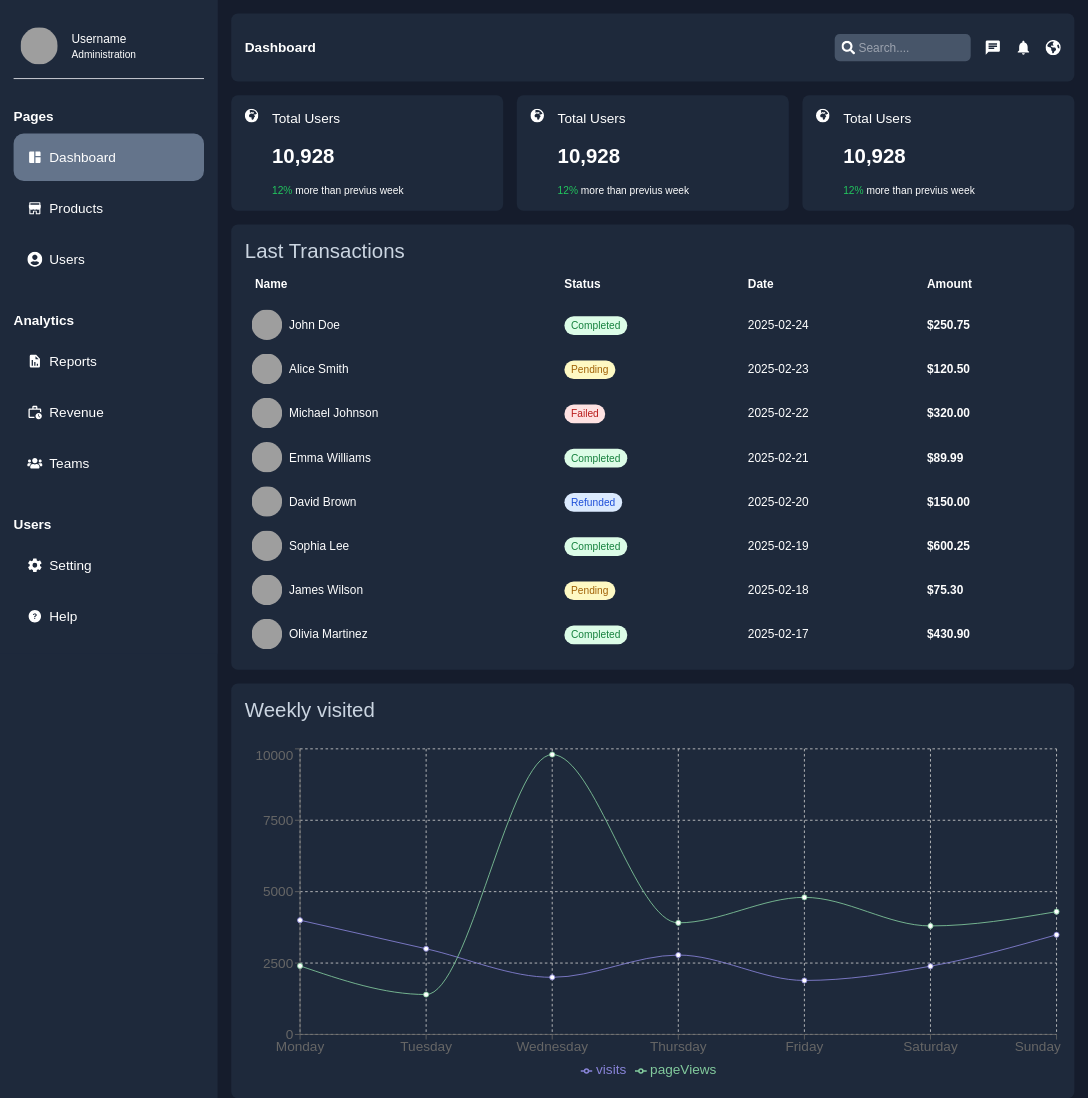
Repository: Than-sothearak/next-computer-admin
Page: /dashboard
An editor plug-in stored every save of this project. The page is shown before and after the next save, followed by the edit.
The browser window is 1280 px wide. The pictures show the whole page, at 85% of full size.
Pictures or frames that could not be fetched are drawn as grey boxes. The project was rebuilt for these pictures with package versions that can differ from the ones it lists, and the page was loaded fresh each time. The framework's server and built-in components were replaced by stand-ins that run in the browser. Also part of the build but not shown: next.config.mjs.

Above is the page before, as saved 2025-02-24 23:20:58.

After the next save:
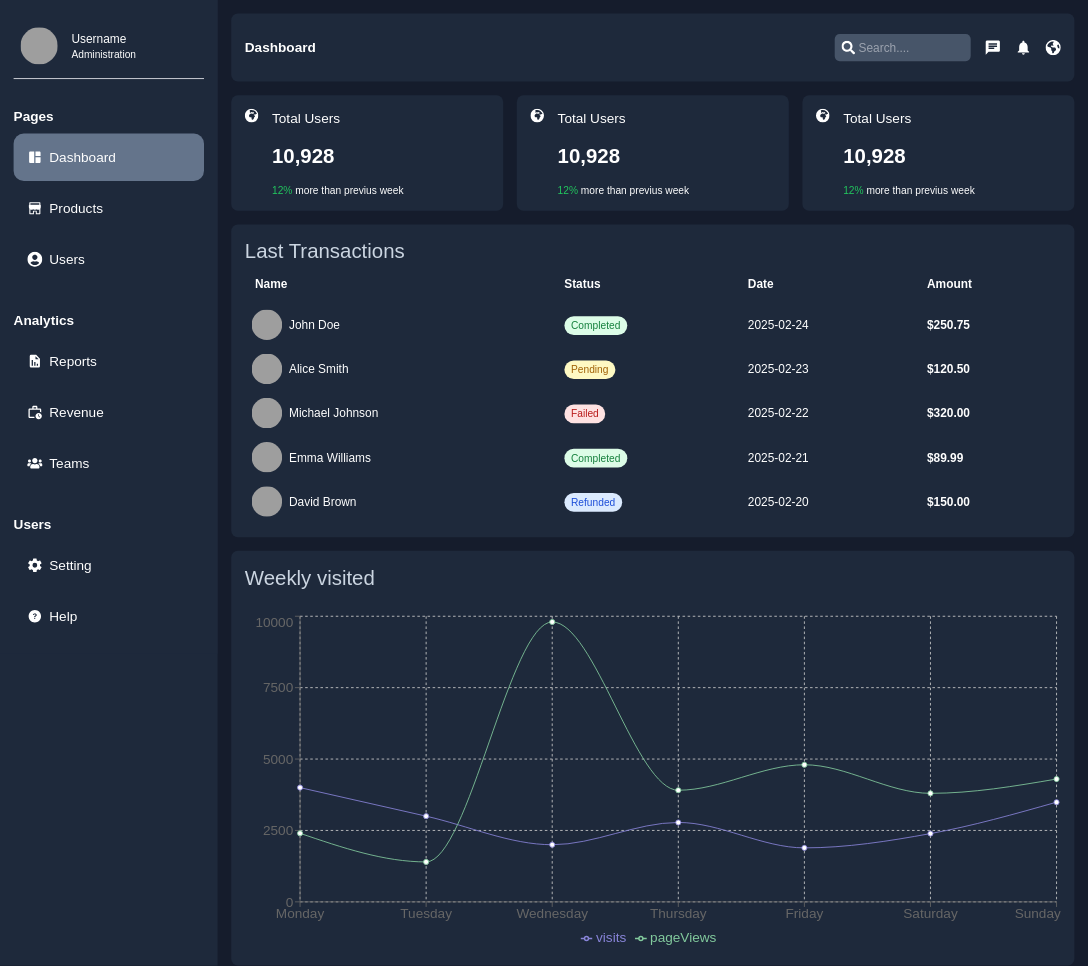
Saved 2 min 2 s later.
--- a/data/lastTransactions.js
+++ b/data/lastTransactions.js
@@ -29,22 +29,5 @@ export const latestTransactions = [
       date: "2025-02-20",
       amount: 150.00,
     },
-    {
-      name: "Sophia Lee",
-      status: "Completed",
-      date: "2025-02-19",
-      amount: 600.25,
-    },
-    {
-      name: "James Wilson",
-      status: "Pending",
-      date: "2025-02-18",
-      amount: 75.30,
-    },
-    {
-      name: "Olivia Martinez",
-      status: "Completed",
-      date: "2025-02-17",
-      amount: 430.90,
-    },
+
   ];
